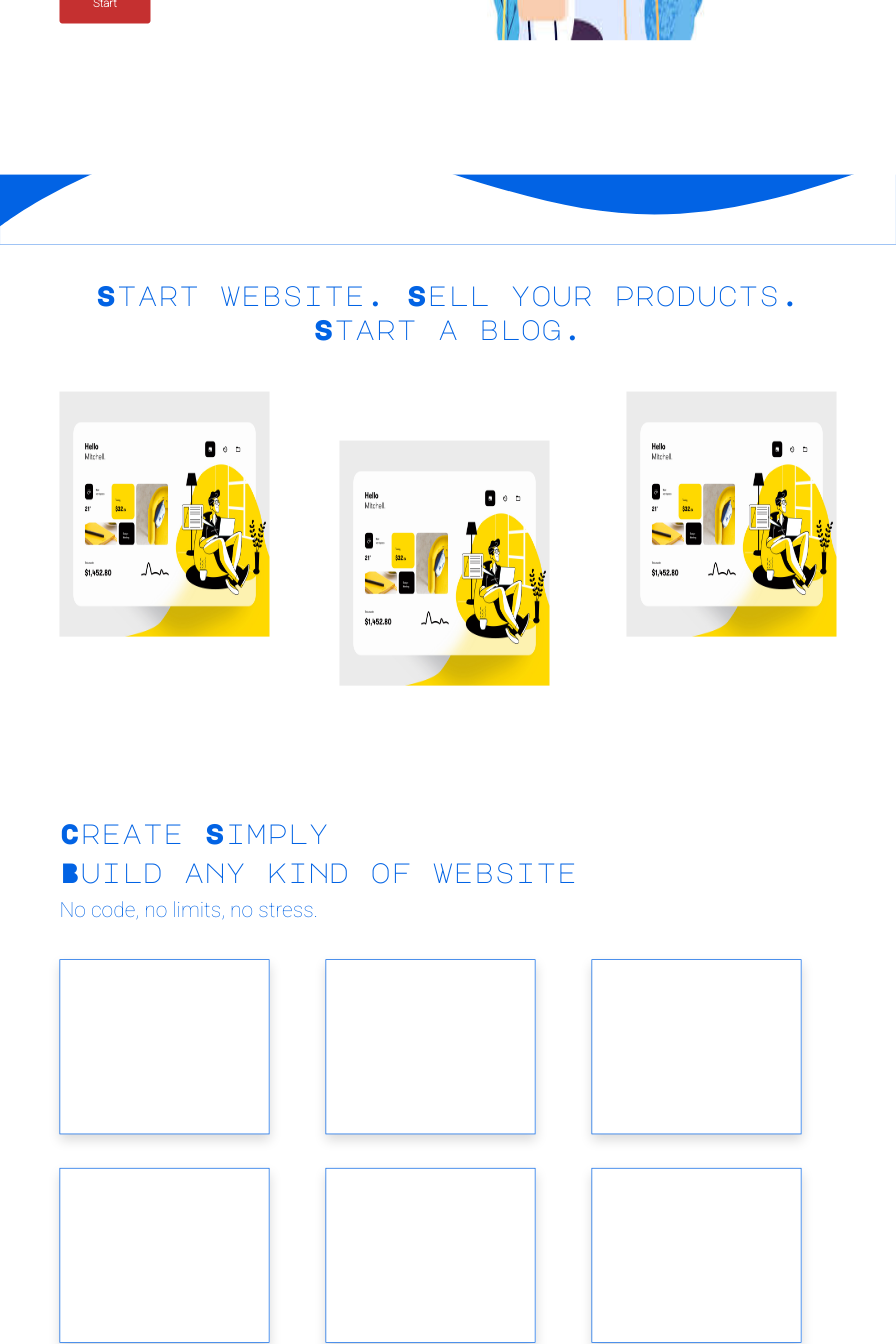
Repository: latenightsnacc/Static-Web-Projects
Page: Dunno Yet/index.html
An editor plug-in stored every save of this project. The page is shown before and after the next save, followed by the edit.
The browser window is 1280 px wide. The pictures show the part of the page from y = 538 to 2458 px (the page is 5206 px tall before and 5082 px after), at 70% of full size.
The style sheet was rebuilt from its Sass, Less or Tailwind sources for each picture, by a compiler version that may differ from the author's.

Above is the page before, as saved 2020-11-11 19:50:18.

After the next save:
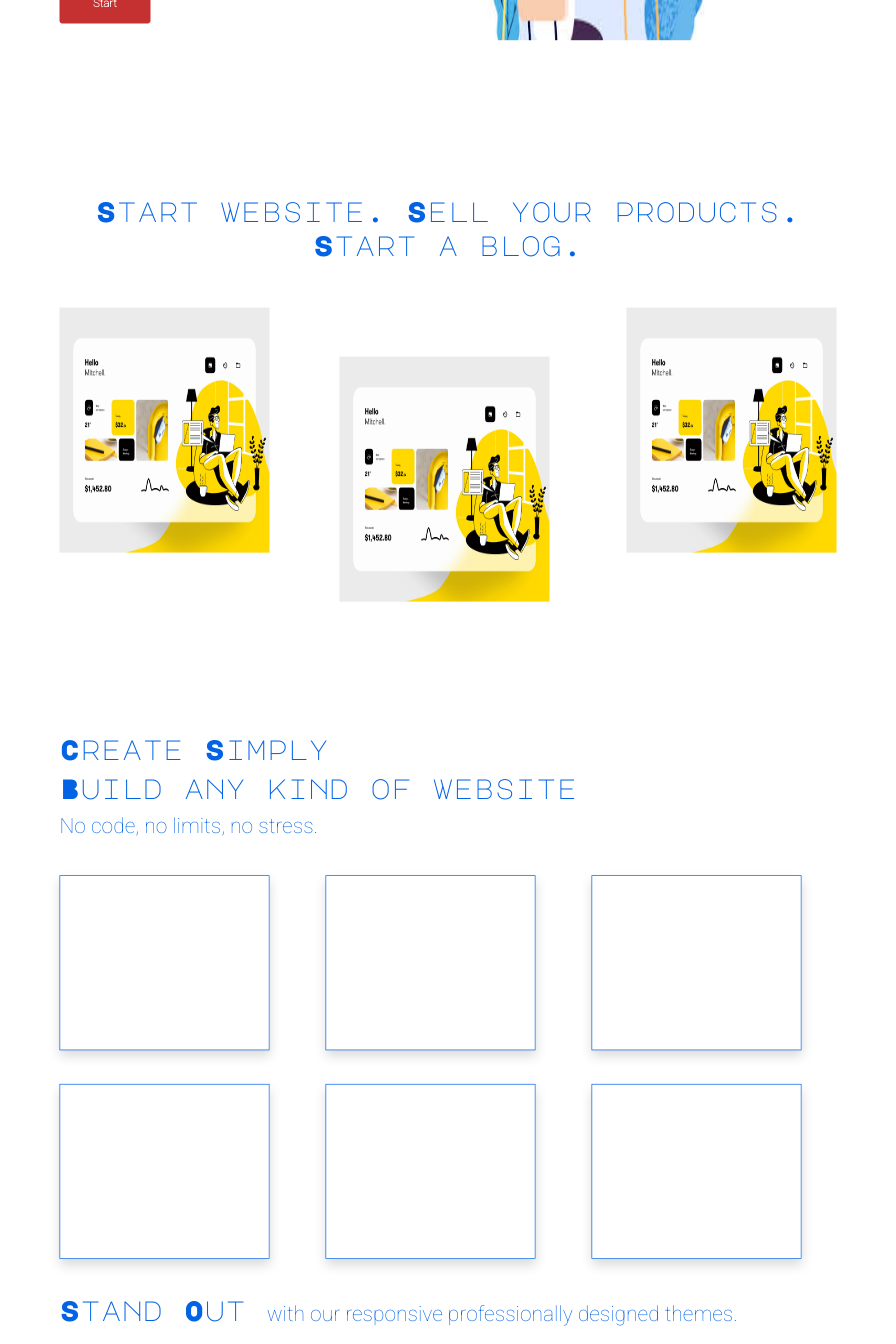
Saved 34 s later.
--- a/Dunno Yet/styles/stylesheet.scss
+++ b/Dunno Yet/styles/stylesheet.scss
@@ -125,8 +125,7 @@ img.banner-img {
     position: relative;
     background: $blue;
     width: 100%;
-    margin-top: 20px;
-    height: 100px;
+
 }
 
 #topcurve {
